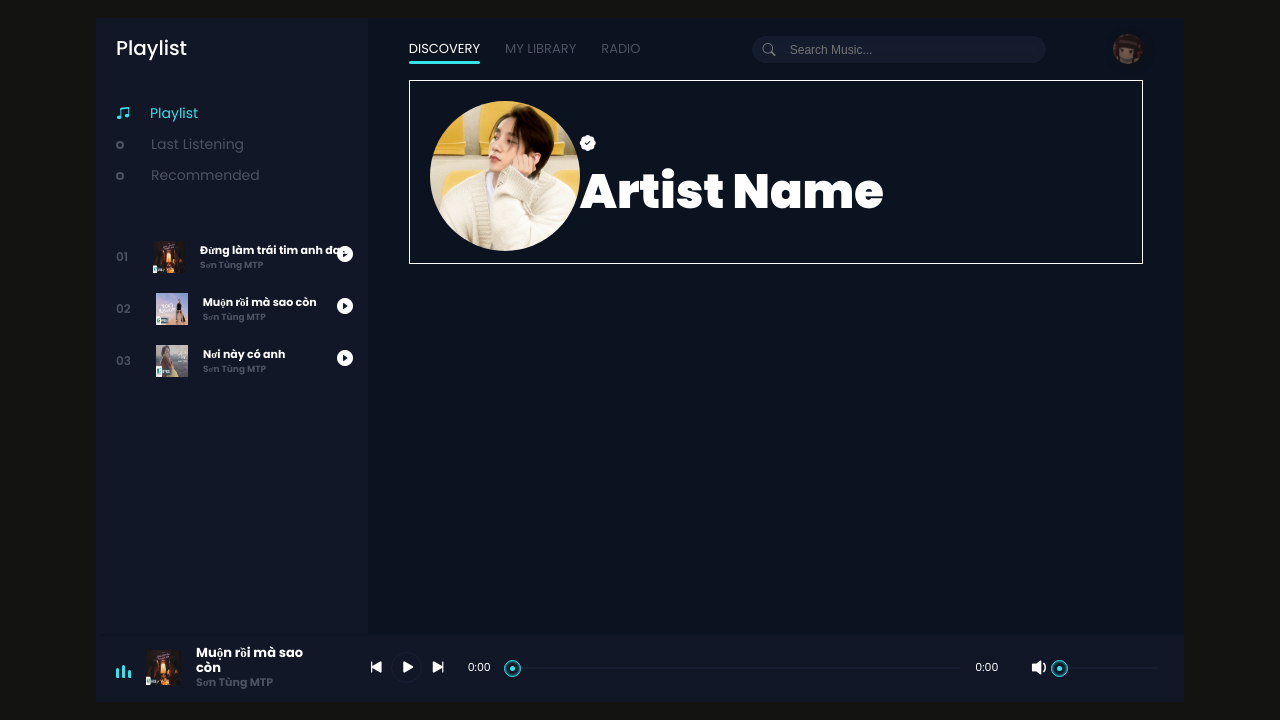
Repository: reminzuetto/Music-Website
Page: index.html
The author's editor kept a copy of each file at every save. The page is drawn from the files as they stood at one save, then again after the next save.
The browser window is 1280 px wide. The pictures show the whole page.

Above is the page before, as saved 2024-06-11 12:56:07.

### index.html
<!DOCTYPE html>
<html lang="en">
  <head>
    <meta charset="UTF-8" />
    <meta name="viewport" content="width=device-width, initial-scale=1.0" />
    <link rel="stylesheet" href="./style.css" />
    <link
      rel="stylesheet"
      href="https://cdn.jsdelivr.net/npm/bootstrap-icons@1.11.3/font/bootstrap-icons.min.css"
    />
    <title>Music Website</title>
  </head>
  <body>
    <header>
      <div class="menu_side">
        <h1>Playlist</h1>
        <div class="playlist">
          <h4 class="active">
            <span></span><i class="bi bi-music-note-beamed"></i>Playlist
          </h4>
          <h4>
            <span></span><i class="bi bi-music-note-beamed"></i>Last Listening
          </h4>
          <h4>
            <span></span><i class="bi bi-music-note-beamed"></i>Recommended
          </h4>
        </div>
        <div class="menu_song">
          <li class="songItem">
            <span>01</span>
            <img
              src="./MusicThumbnail/DungLamTraiTimAnhDau.jpg"
              alt="DungLamTraiTimAnhDau"
            />
            <h5 class="subtitle">
              Đừng làm trái tim anh đau
              <div class="subtitle">Sơn Tùng MTP</div>
            </h5>
            <i class="bi bi-play-circle-fill"></i>
          </li>
          <li class="songItem">
            <span>02</span>
            <img
              src="./MusicThumbnail/MuonRoiMaSaoCon.jpg"
              alt="MuonRoiMaSaoCon"
            />
            <h5 class="subtitle">
              Muộn rồi mà sao còn
              <div class="subtitle">Sơn Tùng MTP</div>
            </h5>
            <i class="bi bi-play-circle-fill"></i>
          </li>
          <li class="songItem">
            <span>03</span>
            <img src="./MusicThumbnail/NoiNayCoAnh.jpg" alt="NoiNayCoAnh" />
            <h5 class="subtitle">
              Nơi này có anh
              <div class="subtitle">Sơn Tùng MTP</div>
            </h5>
            <i class="bi bi-play-circle-fill"></i>
          </li>
        </div>
      </div>
      <div class="song_side">
        <nav>
          <ul>
            <li>DISCOVERY<span></span></li>
            <li>MY LIBRARY</li>
            <li>RADIO</li>
          </ul>
          <div class="search">
            <i class="bi bi-search"></i>
            <input type="text" placeholder="Search Music..." />
          </div>
          <div class="user">
            <img src="./Picture/Ava.jpg" alt="User" title="Yuuto" />
          </div>
        </nav>
        <div class="content">
          <div class="artist_header">
            <div class="artist_image">
              <img src="./ArtistWallPaper/MTP.jpg" alt="" />
            </div>
            <div class="artist_infos">
              <div class="verified">
                <div><i class="bi bi-patch-check-fill"></i></div>
              </div>
              <h1>Artist Name</h1>
            </div>
          </div>
        </div>
      </div>
      <div class="master_play">
        <div class="wave">
          <div class="wave1"></div>
          <div class="wave1"></div>
          <div class="wave1"></div>
        </div>
        <img
          src="./MusicThumbnail/DungLamTraiTimAnhDau.jpg"
          alt="DungLamTraiTimAnhDau"
        />
        <h5 class="subtitle">
          Muộn rồi mà sao còn
          <div class="subtitle">Sơn Tùng MTP</div>
        </h5>
        <div class="icon">
          <i class="bi bi-skip-start-fill"></i>
          <i class="bi bi-play-fill"></i>
          <i class="bi bi-skip-end-fill"> </i>
        </div>
        <span class="currentStart">0:00</span>
        <div class="bar">
          <input type="range" id="seek" min="0" value="0" max="100" />
          <div class="bar2"></div>
          <div class="dot"></div>
        </div>
        <span class="currentEnd">0:00</span>

        <div class="vol">
          <i class="bi bi-volume-down-fill"></i>
          <input type="range" id="seek" min="0" value="0" max="100" />
          <div class="vol_bar"></div>
          <div class="dot"></div>
        </div>
      </div>
    </header>
    <script src="./main.js"></script>
  </body>
</html>

### style.css
@import url("https://fonts.googleapis.com/css2?family=Poppins:ital,wght@0,100;0,200;0,300;0,400;0,500;0,600;0,700;0,800;0,900;1,100;1,200;1,300;1,400;1,500;1,600;1,700;1,800;1,900&display=swap");
* {
  padding: 0%;
  margin: 0%;
  box-sizing: border-box;
}

body {
  width: 100%;
  height: 100vh;
  background-color: #131312;
  font-family: "Poppins", "sans-serif";
  display: flex;
  align-items: center;
  justify-content: center;
}

header {
  width: 85%;
  height: 95%;
  /* border: 1px solid #fff; */
  display: flex;
  flex-wrap: wrap;
  overflow: hidden;
}

header .menu_side,
.song_side {
  position: relative;
  width: 25%;
  height: 90%;
  /* border: 1px solid #fff; */
  background-color: #111727;
  box-shadow: 5px 0px 2px #090f1f;
  color: #fff;
}

header .song_side {
  width: 75%;
  background: #0b1320;
}

header .master_play {
  width: 100%;
  height: 10%;
  background: #111727;
  box-shadow: 0px 3px 8px #090f1f;
}

header .menu_side h1 {
  font-size: 20px;
  margin: 15px 0px 0px 20px;
  font-weight: 500;
}

header .menu_side .playlist {
  margin: 40px 0px 0px 20px;
}
header .menu_side .playlist h4 {
  font-size: 14px;
  font-weight: 400;
  padding-bottom: 10px;
  color: #4c5262;
  cursor: pointer;
  display: flex;
  align-items: center;
  transition: 0.3 linear;
}

header .menu_side .playlist h4:hover {
  color: #fff;
}
header .menu_side .playlist h4 span {
  position: relative;
  margin-right: 35px;
}
header .menu_side .playlist h4 span::before {
  content: "";
  position: absolute;
  width: 4px;
  height: 4px;
  border: 2px solid #4c5262;
  border-radius: 50%;
  top: -4px;
  transition: 0.3s linear;
}

header .menu_side .playlist h4:hover span::before:hover {
  border: 2px solid #fff;
}

header .menu_side .playlist h4 .bi {
  display: none;
}

header .menu_side .playlist .active {
  color: #36e2ec;
}

header .menu_side .playlist .active span {
  display: none;
}

header .menu_side .playlist .active .bi {
  display: block;
  margin-right: 20px;
}

header .menu_side .menu_song {
  width: 100%;
  height: 320px;
  /* border: 1px solid #fff; */
  margin-top: 40px;
}
header .menu_side .menu_song li {
  position: relative;
  list-style: none;
  padding: 5px 0px 5px 20px;
  margin-bottom: 10px;
  cursor: pointer;
  transition: 0.3s linear;
  display: flex;
  align-items: center;
}
header .menu_side .menu_song li:hover {
  background: rgb(105, 105, 170, 0.1);
}
header .menu_side .menu_song li span {
  font-size: 12px;
  font-weight: 600;
  color: #4c5262;
}
header .menu_side .menu_song li img {
  width: 32px;
  height: 32px;
  margin-left: 25px;
}

header .menu_side .menu_song li h5 {
  font-size: 11px;
  margin-left: 15px;
}

header .menu_side .menu_song li h5 .subtitle {
  font-size: 9px;
  color: #4c5262;
}

header .menu_side .menu_song li .bi {
  position: absolute;
  right: 15px;
  top: 6px;
}

header .master_play {
  display: flex;
  align-items: center;
  padding: 0 20px;
}

header .master_play .wave {
  width: 30px;
  height: 30px;
  padding-bottom: 5px;
  display: flex;
  align-items: flex-end;
}

header .master_play .wave .wave1 {
  width: 3px;
  height: 10px;
  margin-right: 3px;
  border-radius: 10px 10px 0 10px;
  background: #36e2ec;
  animation: unset;
}

header .master_play .wave .wave1:nth-child(2) {
  /* animation-delay: 0.4s; */
  height: 13px;
}

header .master_play .wave .wave1:nth-child(3) {
  /* animation-delay: 0.8s; */
  height: 8px;
}

/* javascript wave animation class */
header .master_play .active2 .wave1 {
  animation: wave 0.5s linear infinite;
}

header .master_play .active2 .wave1:nth-child(2) {
  animation-delay: 0.4s;
}

header .master_play .active2 .wave1:nth-child(3) {
  animation-delay: 0.8s;
}
@keyframes wave {
  0% {
    height: 10px;
  }
  50% {
    height: 15px;
  }
  100% {
    height: 10px;
  }
}

header .master_play img {
  width: 35px;
  height: 35px;
}

header .master_play h5 {
  width: 130px;
  font-size: 13px;
  margin-left: 15px;
  color: #fff;
  line-height: 15px;
}

header .master_play h5 .subtitle {
  font-size: 11px;
  color: #4c5262;
}

header .master_play .icon {
  font-size: 20px;
  color: #fff;
  margin: 0 20px 0 40px;
}

header .master_play .icon .bi {
  cursor: pointer;
  outline: none;
}

header .master_play .icon .bi:nth-child(2) {
  border: 1px solid rgb(105, 105, 170, 0.1);
  border-radius: 50%;
  padding: 1px 3px 0px 6px;
  transition: 0.3 linear;
}

header .master_play span {
  width: 32px;
  font-size: 11px;
  font-weight: 400;
  color: #fff;
}

header .master_play #currentStart {
  margin: 0 0 0 20px;
}

header .master_play .bar {
  position: relative;
  width: 43%;
  height: 2px;
  background: rgb(105, 105, 170, 0.1);
  margin: 0 15px 0 10px;
}

header .master_play .bar .bar2 {
  position: absolute;
  background: #36e2ec;
  width: 0%;
  height: 100%;
  top: 0;
}

header .master_play .bar .dot {
  position: absolute;
  width: 5px;
  height: 5px;
  background: #36e2ec;
  border-radius: 50%;
  left: 0%;
  top: -1px;
  transition: 1s linear;
}

header .master_play .bar .dot::before {
  content: "";
  position: absolute;
  width: 15px;
  height: 15px;
  border: 1px solid #36e2ec;
  border-radius: 50%;
  left: -6px;
  top: -6px;
  box-shadow: inset 0 0 3px #36e2ec;
}

header .master_play .bar input {
  position: absolute;
  width: 100%;
  top: -6px;
  left: 0;
  cursor: pointer;
  z-index: 999999;
  opacity: 0;
}

header .master_play .vol {
  position: relative;
  width: 100px;
  height: 2px;
  margin-left: 50px;
  background-color: rgb(105, 105, 170, 0.1);
}

header .master_play .vol .bi {
  position: absolute;
  color: #fff;
  font-size: 25px;
  top: -17px;
  left: -30px;
}

header .master_play .vol input {
  position: absolute;
  width: 100%;
  top: -6px;
  left: 0;
  cursor: pointer;
  z-index: 999999;
  opacity: 0;
}

header .master_play .vol .bar2 {
  position: absolute;
  background: #36e2ec;
  width: 0%;
  height: 100%;
  top: 0;
}

header .master_play .vol .dot {
  position: absolute;
  width: 5px;
  height: 5px;
  background: #36e2ec;
  border-radius: 50%;
  left: 0%;
  top: -1px;
  transition: 1s linear;
}

header .master_play .vol .dot::before {
  content: "";
  position: absolute;
  width: 15px;
  height: 15px;
  border: 1px solid #36e2ec;
  border-radius: 50%;
  left: -6px;
  top: -6px;
  box-shadow: inset 0 0 3px #36e2ec;
}

header .song_side {
  z-index: 2;
}

header .song_side nav {
  width: 90%;
  height: 10%;
  margin: auto;
  /* border: 1px solid #fff; */
  display: flex;
  align-items: center;
  justify-content: space-between;
}

header .song_side nav ul {
  display: flex;
}

header .song_side nav ul li {
  position: relative;
  list-style-type: none;
  font-size: 13px;
  color: #4c5262;
  margin-right: 25px;
  cursor: pointer;
  transition: 0.3 linear;
}

header .song_side nav ul li:hover {
  color: #fff;
}

header .song_side nav ul li:nth-child(1) {
  color: #fff;
}

header .song_side nav ul li span {
  position: absolute;
  width: 100%;
  height: 2.5px;
  background: #36e2ec;
  bottom: -5px;
  left: 0;
  border-radius: 20px;
}

header .song_side nav .search {
  position: relative;
  width: 40%;
  padding: 1px 10px;
  border-radius: 20px;
  color: gray;
}

header .song_side nav .search::before {
  content: "";
  position: absolute;
  width: 100%;
  height: 100%;
  border-radius: 20px;
  background: rgb(105, 105, 170, 0.1);
  backdrop-filter: blur(5px);
  z-index: -1;
}

header .song_side nav .search .bi {
  font-size: 13px;
  padding: 3px 0 0 10px;
}

header .song_side nav .search input {
  background: none;
  border: none;
  outline: none;
  padding: 0 10px;
  color: #fff;
  font-size: 12px;
}

header .song_side nav .user {
  position: relative;
  width: 30px;
  height: 30px;
  border-radius: 50%;
  cursor: pointer;
}

header .song_side nav .user img {
  position: absolute;
  width: 100%;
  height: 100%;
  border-radius: 50%;
  box-shadow: 2px 2px 8px #131312;
}

header .song_side .content {
  width: 90%;
  height: 30%;
  margin: auto;
  border: 1px solid #fff;
  padding-top: 20px;
}

header .song_side .content .verifiedArtist {
  display: flex;
  align-items: center;
  justify-content: flex-start;
}

header .song_side .content .verifiedArtist .text {
  padding-left: 20px;
}

header .song_side .content .artist_header {
  display: flex;
  align-items: center;
  justify-content: flex-start;
}

header .song_side .content .artist_header .artist_image img {
  width: 150px;
  height: 150px;
  border-radius: 50%;
  margin-left: 20px;
}

header .song_side .content h1 {
  font-size: 3rem;
  font-weight: 900;
}

header .song_side .content .buttons {
  position: relative;
  margin-top: 15px;
}

header .song_side .content .buttons .play {
  padding: 0;
  position: absolute;
  background: none;
  color: #fff;
  outline: none;
  font-size: 40px;
  border: none;
}

header .song_side .content .buttons .follow {
  position: absolute;
  width: 130px;
  height: 30px;
  border: 2px solid #fff;
  outline: none;
  border-radius: 20px;
  background: none;
  color: #fff;
  left: 4rem;
  top: 0.5rem;
}

header .song_side .content .buttons .play:hover {
  font-size: 45px;
  top: -0.1rem;
  left: -0.1rem;
}

header .song_side .content .buttons .follow:hover {
  color: #000;
  background: #fff;
}

Loaded but not shown: main.js (no copy from this time; the picture is the same without it)

After the next save:
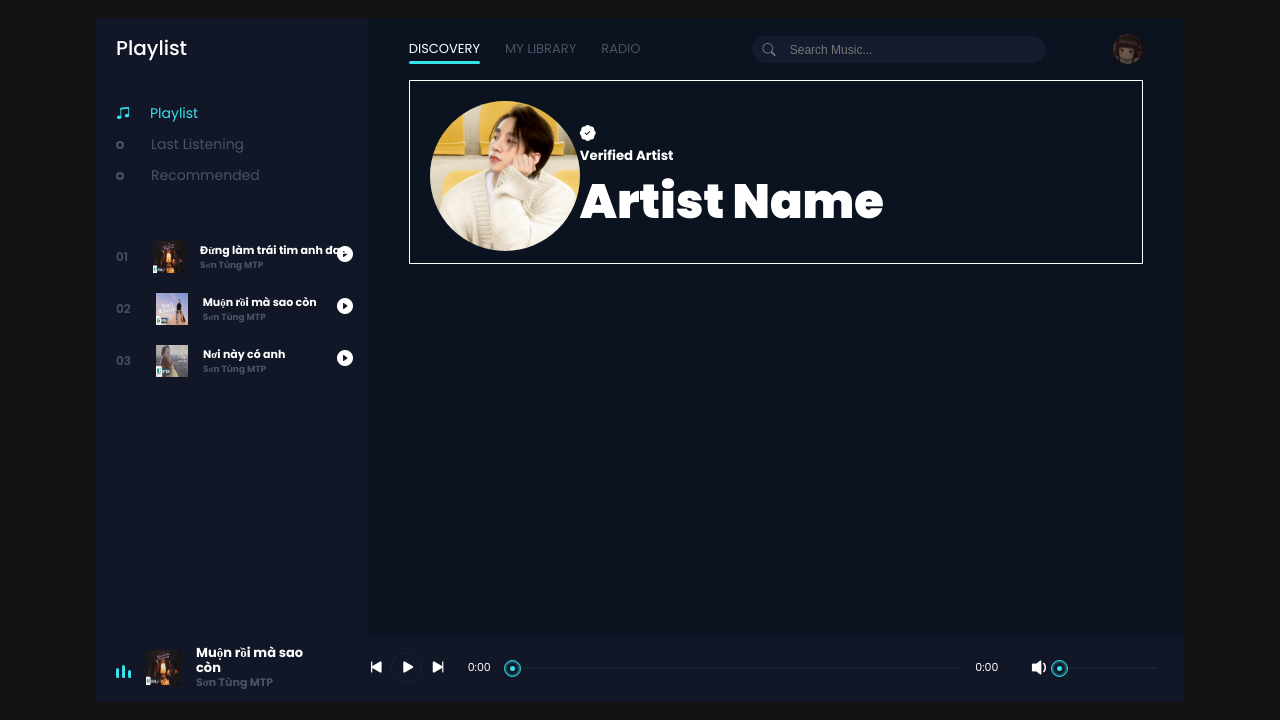
Saved 76 s later.
--- a/index.html
+++ b/index.html
@@ -84,6 +84,7 @@
             <div class="artist_infos">
               <div class="verified">
                 <div><i class="bi bi-patch-check-fill"></i></div>
+                <h5>Verified Artist</h5>
               </div>
               <h1>Artist Name</h1>
             </div>
